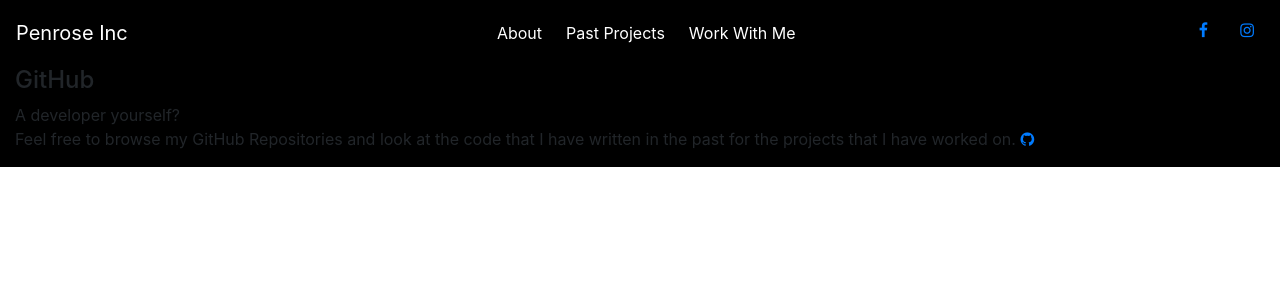
Repository: mrwillpenrose/penrose-inc
Page: index.html
The author's editor kept a record of every edit. The page is drawn from the files as they stood at one moment, then again after the next edit.
The browser window is 1280 px wide. The pictures show the whole page.
Some web libraries are served in a nearby version.

Above is the page before.

### index.html
<!DOCTYPE html>
<html lang="en">

<head>
    <meta charset="UTF-8">
    <meta name="viewport" content="width=device-width, initial-scale=1.0">
    <meta http-equiv="X-UA-Compatible" content="ie=edge">
    <title>Pernose Inc</title>
    <link rel="stylesheet" href="https://maxcdn.bootstrapcdn.com/bootstrap/4.0.0/css/bootstrap.min.css" integrity="sha384-Gn5384xqQ1aoWXA+058RXPxPg6fy4IWvTNh0E263XmFcJlSAwiGgFAW/dAiS6JXm" crossorigin="anonymous">
    <link rel="stylesheet" href="https://stackpath.bootstrapcdn.com/font-awesome/4.7.0/css/font-awesome.min.css" type="text/css" />
    <link rel="stylesheet" href="css/style.css" type="text/css" />
</head>

<body>

    <!------------------NAV------------------------>


    <nav class="navbar navbar-expand-md navbar-dark bg-custom">
        <a href="index.html" class="navbar-brand">Penrose Inc</a>
        <button class="navbar-toggler" data-toggle="collapse" data-target="#navbarMenu">
                <span class="navbar-toggler-icon"></span>
            </button>
        <div class="collapse navbar-collapse" id="navbarMenu">
            <ul class="navbar-nav mx-auto">
                <li class="list-inline-item">
                    <a href="#" class="nav-link">About</a>
                </li>
                <li class="list-inline-item">
                    <a href="#" class="nav-link">Past Projects</a>
                </li>
                <li class="list-inline-item">
                    <a href="#" class="nav-link">Work With Me</a>
                </li>
            </ul>
            <ul class="social">
                <li class="list-inline-item">
                    <a href="#" class="nav-link" target="_blank">
                        <i class="fa fa-facebook social-icon" aria-hidden="true"></i>
                        <span class="sr-only">Facebook</span>
                    </a>
                </li>
                <li class="list-inline-item">
                    <a href="#" class="nav-link" target="_blank">
                        <i class="fa fa-instagram social-icon" aria-hidden="true"></i>
                        <span class="sr-only">Instagram</span>
                    </a>
                </li>
            </ul>
        </div>
    </nav>
    <!-----------------------MAIN CONTENT---------------->



    <!----------------------FOOTER----------------------->

    <footer class="container-fluid">
        <div class="row">
            <div class="col-sm-12">
                <h4 class="github">GitHub</h4>
                <p class="github-paragraph">
                    A developer yourself?<br>
                    Feel free to browse my GitHub Repositories and look at the code that I have written in the past for the projects that I have worked on.
                    <a href="#" target="_blank">
                        <i class="fa fa-github" aria-hidden="true"></i>
                        <span class="sr-only">GitHub</span>
                    </a>
                </p>
            </div>
        </div>
    </footer>


    <script src="https://code.jquery.com/jquery-3.2.1.slim.min.js" integrity="sha384-KJ3o2DKtIkvYIK3UENzmM7KCkRr/rE9/Qpg6aAZGJwFDMVNA/GpGFF93hXpG5KkN" crossorigin="anonymous"></script>
    <script src="https://cdnjs.cloudflare.com/ajax/libs/popper.js/1.12.9/umd/popper.min.js" integrity="sha384-ApNbgh9B+Y1QKtv3Rn7W3mgPxhU9K/ScQsAP7hUibX39j7fakFPskvXusvfa0b4Q" crossorigin="anonymous"></script>
    <script src="https://maxcdn.bootstrapcdn.com/bootstrap/4.0.0/js/bootstrap.min.js" integrity="sha384-JZR6Spejh4U02d8jOt6vLEHfe/JQGiRRSQQxSfFWpi1MquVdAyjUar5+76PVCmYl" crossorigin="anonymous"></script>
</body>

</html>

### css/style.css
body {
    padding: 0;
    margin: 0;
}

/* ----------------------------- MEDIA QUERIES ------------------------*/

@media (max-width: 768px) {
    .social {
        padding: 0;
    }
}




/* ----------------------------- NAV ------------------------*/

.bg-custom {
    background-color: #000;
}

.navbar .navbar-nav li a {
    color: #fff !important;
}

.nav-link {
    text-align: center;
}


.social {
    text-align: center;
}


.social .nav-link {
    padding-top: 10px;
    padding-bottom: 0px;
    padding-left: 10px;
    padding-right: 10px;
}

.font-awesome-icon {
    font-size: 25px;
    color: #fff;
    text-align: center;
    -webkit-transition: ease-in-out 0.2s;
    -moz-transition: ease-in-out 0.2s;
    -o-transition: ease-in-out 0.2s;
}

.font-awesome-icon:hover {

    font-size: 40px;
    color: #FF0000;
}


/* ----------------------------- FOOTER ------------------------*/

footer {
    padding: 0;
    margin: 0;
    background-color: #000;
}

After the next edit:
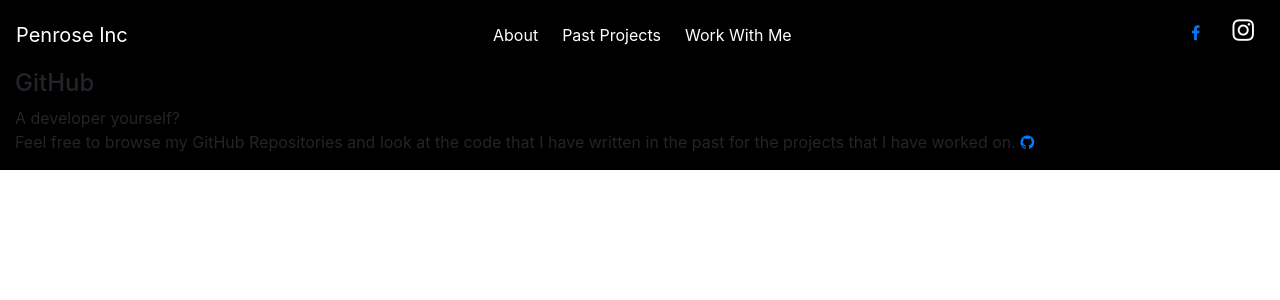
The edit:
--- a/index.html
+++ b/index.html
@@ -42,7 +42,7 @@
                 </li>
                 <li class="list-inline-item">
                     <a href="#" class="nav-link" target="_blank">
-                        <i class="fa fa-instagram social-icon" aria-hidden="true"></i>
+                        <i class="fa fa-instagram font-awesome-icon" aria-hidden="true"></i>
                         <span class="sr-only">Instagram</span>
                     </a>
                 </li>
